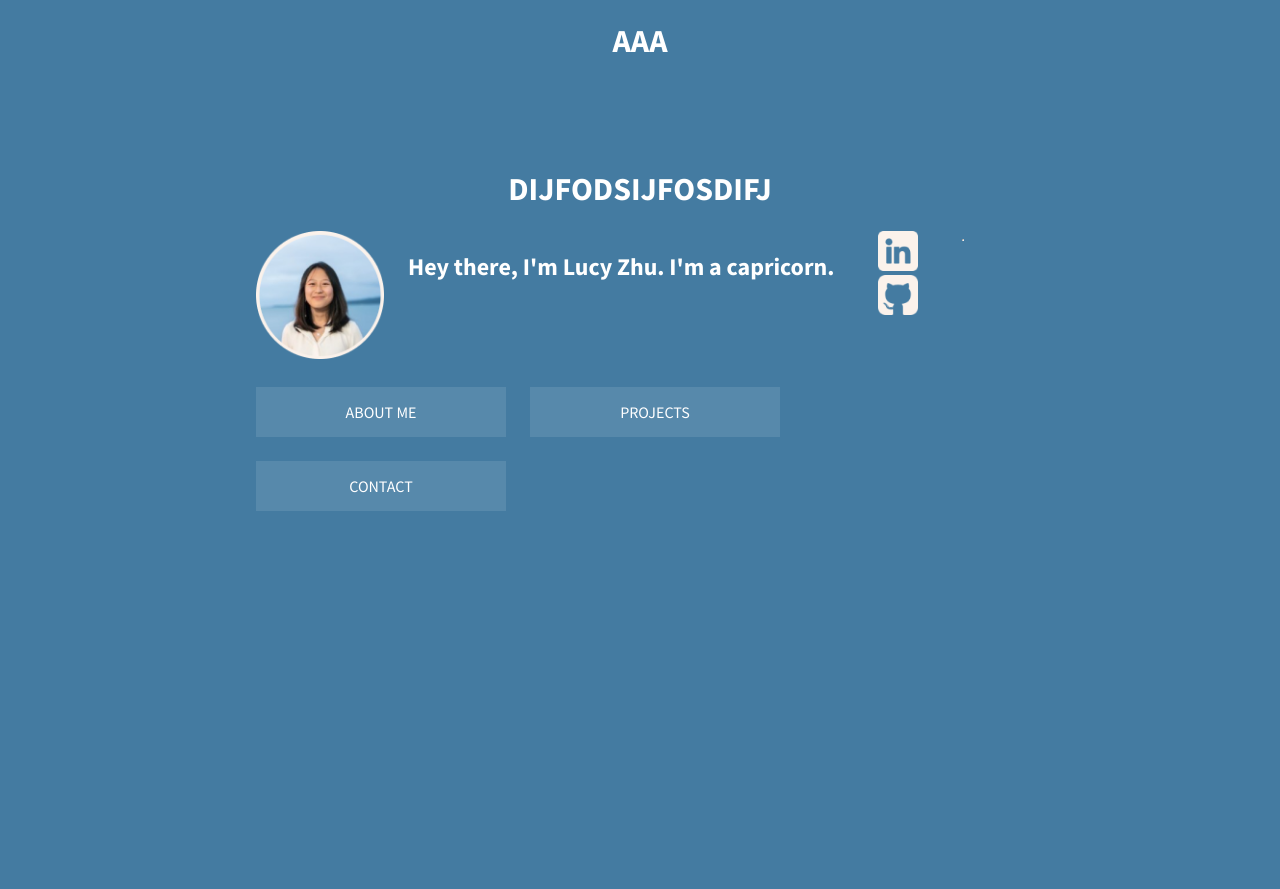
Repository: lukisoo/lukisoo-portfolio
Page: /
These files come from the project's save history. The page is drawn as it stood at one moment and after the next save; the edit follows.
The browser window is 1280 px wide. The pictures show the whole page.
The project was rebuilt for these pictures with package versions that can differ from the ones it lists, and the page was loaded fresh each time.

Above is the page before, as saved 2022-07-31 05:14:00.

### public/index.html
<!DOCTYPE html>
<html lang="en">
  <head>
    <meta charset="utf-8" />
    <link rel="icon" href="%PUBLIC_URL%/favicon.ico" />
    <meta name="viewport" content="width=device-width, initial-scale=1" />
    <meta name="theme-color" content="#000000" />
    <meta
      name="description"
      content="Web site created using create-react-app"
    />
    <link rel="apple-touch-icon" href="%PUBLIC_URL%/logo192.png" />
    <!--
      manifest.json provides metadata used when your web app is installed on a
      user's mobile device or desktop. See https://developers.google.com/web/fundamentals/web-app-manifest/
    -->
    <link rel="manifest" href="%PUBLIC_URL%/manifest.json" />
    <!--
      Notice the use of %PUBLIC_URL% in the tags above.
      It will be replaced with the URL of the `public` folder during the build.
      Only files inside the `public` folder can be referenced from the HTML.

      Unlike "/favicon.ico" or "favicon.ico", "%PUBLIC_URL%/favicon.ico" will
      work correctly both with client-side routing and a non-root public URL.
      Learn how to configure a non-root public URL by running `npm run build`.
    -->
    <title>Lucy Zhu's Portfolio</title>
  </head>
  <body>
    <noscript>You need to enable JavaScript to run this app.</noscript>
    <div id="root"></div>
    <!--
      This HTML file is a template.
      If you open it directly in the browser, you will see an empty page.

      You can add webfonts, meta tags, or analytics to this file.
      The build step will place the bundled scripts into the <body> tag.

      To begin the development, run `npm start` or `yarn start`.
      To create a production bundle, use `npm run build` or `yarn build`.
    -->
  </body>
</html>

### src/index.js
import React from "react";
import {
  BrowserRouter as Router,
  Route,
  BrowserRouter,
} from "react-router-dom";
import ReactDOM from "react-dom/client";
import "./index.css";
import App from "./App";
import reportWebVitals from "./reportWebVitals";

const root = ReactDOM.createRoot(document.getElementById("root"));
root.render(
  <React.StrictMode>
    <BrowserRouter>
        <App />
    </BrowserRouter>
  </React.StrictMode>
);

// If you want to start measuring performance in your app, pass a function
// to log results (for example: reportWebVitals(console.log))
// or send to an analytics endpoint. Learn more: https://bit.ly/CRA-vitals
reportWebVitals();

### src/index.css
@import url('https://fonts.googleapis.com/css2?family=Source+Sans+Pro:ital,wght@0,200;0,300;0,400;0,600;0,700;0,900;1,200;1,300;1,400;1,600;1,700;1,900&display=swap');

body {
  margin: 0;
  font-family: -apple-system, BlinkMacSystemFont, 'Segoe UI', 'Roboto', 'Oxygen',
    'Ubuntu', 'Cantarell', 'Fira Sans', 'Droid Sans', 'Helvetica Neue',
    sans-serif;
  -webkit-font-smoothing: antialiased;
  -moz-osx-font-smoothing: grayscale;
  background-color: #447BA1;
  color: white;
  font-family: 'Source Sans Pro', sans-serif;
}

code {
  font-family: source-code-pro, Menlo, Monaco, Consolas, 'Courier New',
    monospace;
}

### src/App.js
import "./App.css";

import { Link } from "react-router-dom";
import Grid from "@mui/material/Grid";

import ProfilePhoto from "./images/header/profile-photo.png";
import LinkedinLogo from "./images/header/linkedin-logo.png";
import GithubLogo from "./images/header/github-logo.png";

function App() {
  return (
    <div className="App">
    <h1>AAA</h1>
      <header className="full-section">
        <div className="section-content">
        <h1>DIJFODSIJFOSDIFJ</h1>
          <Grid container spacing={3}>
            <Grid item xs={12} md={12}>
              <img
                src={ProfilePhoto}
                className="profile-photo"
                alt="Profile Photo"
              />
            </Grid>
            <Grid item xs={12} md={12}>
              <h2>Hey there, I'm Lucy Zhu. I'm a capricorn.</h2>
            </Grid>
            <Grid item xs={12} md={12}>
              <Link to="https://www.linkedin.com/in/lucyzhu613/">
                {" "}
                <img
                  src={LinkedinLogo}
                  className="social-logo"
                  alt="Linkedin Logo"
                />
              </Link>
              <Link to="https://github.com/lukisoo">
                <img
                  src={GithubLogo}
                  className="social-logo"
                  alt="Github Logo"
                />
              </Link>
            </Grid>
            <Grid item xs={12} md={12}>
              <hr className="header-divider" />
            </Grid>
            <Grid item xs={12} md={4}>
              <div className="box-1">
                <div className="btn btn-one">
                  <span>ABOUT ME</span>
                </div>
              </div>
            </Grid>
            <Grid item xs={12} md={4}>
              <div className="box-1">
                <div className="btn btn-one">
                  <span>PROJECTS</span>
                </div>
              </div>
            </Grid>
            <Grid item xs={12} md={4}>
              <div className="box-1">
                <div className="btn btn-one">
                  <span>CONTACT</span>
                </div>
              </div>
            </Grid>
          </Grid>
        </div>
      </header>

      <section id="about-me-section"></section>

      <section id="projects-section"></section>

      <section id="contact-section"></section>
    </div>
  );
}

export default App;

### src/App.css
.App {
  text-align: center;
  margin: 0;
}

/* Section Content */
.full-section {
  height: 100vh;
  width: 100vw;
}

.section-content {
  width: 60vw;
  height: 70vh;
  margin: auto;
  margin-top: 15vh;
  /* background-color: red; */
}

/* Buttons */
.box-1 {
  /* background-color: hsl(0, 100%, 70%);  */
  width: 250px;
  margin: auto;
}

.btn {
	line-height: 50px;
	height: 50px;
	text-align: center;
	width: 250px;
	cursor: pointer;
}

.btn-one {
	color: #FFF;
	transition: all 0.3s;
	position: relative;
}
.btn-one span {
	transition: all 0.3s;
}
.btn-one::before {
	content: '';
	position: absolute;
	bottom: 0;
	left: 0;
	width: 100%;
	height: 100%;
	z-index: 1;
	opacity: 0;
	transition: all 0.3s;
	border-top-width: 1px;
	border-bottom-width: 1px;
	border-top-style: solid;
	border-bottom-style: solid;
	border-top-color: rgba(255,255,255,0.5);
	border-bottom-color: rgba(255,255,255,0.5);
	transform: scale(0.1, 1);
}
.btn-one:hover span {
	letter-spacing: 2px;
}
.btn-one:hover::before {
	opacity: 1;
	transform: scale(1, 1);
}
.btn-one::after {
	content: '';
	position: absolute;
	bottom: 0;
	left: 0;
	width: 100%;
	height: 100%;
	z-index: 1;
	transition: all 0.3s;
	background-color: rgba(255,255,255,0.1);
}
.btn-one:hover::after {
	opacity: 0;
	transform: scale(0.1, 1);
}

/* Header CSS */
.header-divider {
  color: white;
}

.profile-photo {
  width: 10vw;
  height: auto;
}

.social-logo {
  width: 40px;
  height: auto;
  padding: 0 1% 0 1%;
}

.social-logo:hover {
  opacity: 0.8;
  cursor: pointer;
}

Loaded but not shown: src/reportWebVitals.js (common file)

After the next save:
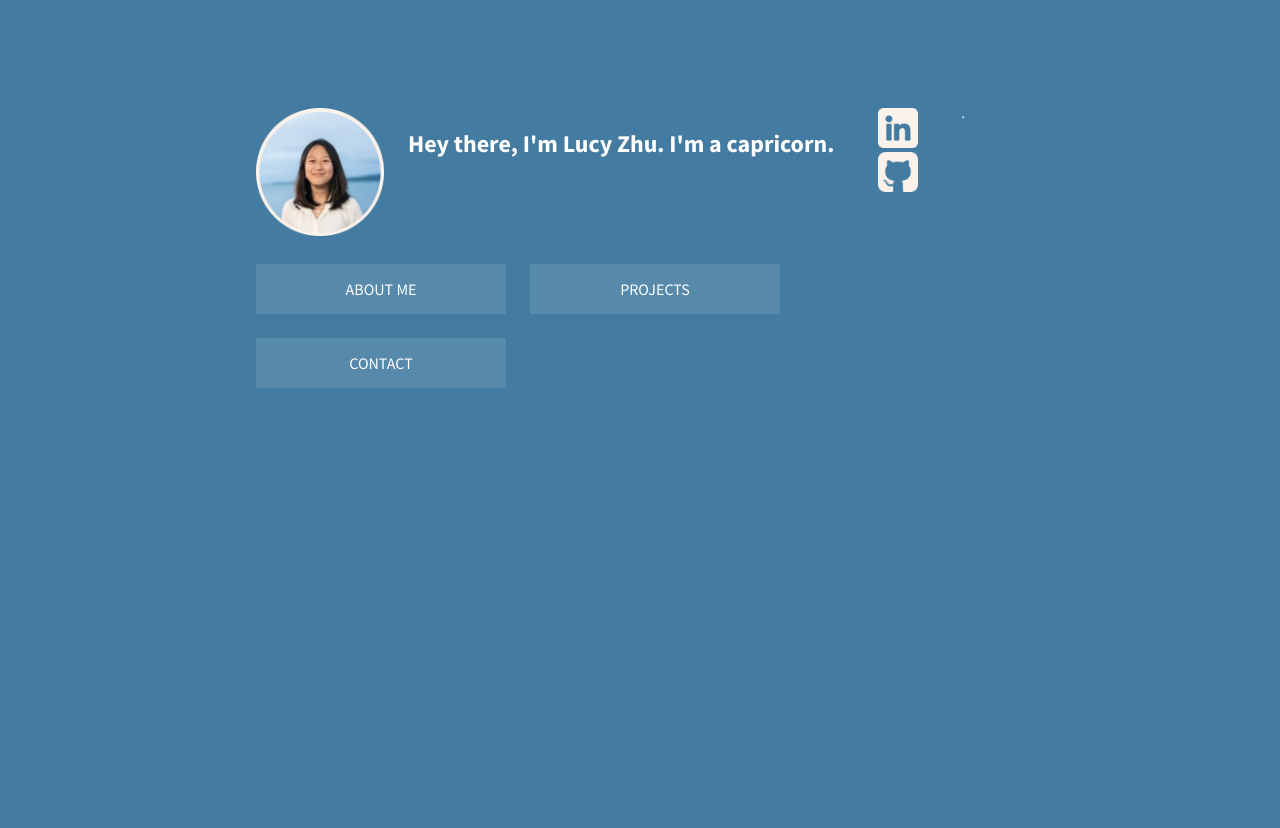
Saved 15 s later.
--- a/src/App.js
+++ b/src/App.js
@@ -10,10 +10,8 @@ import GithubLogo from "./images/header/github-logo.png";
 function App() {
   return (
     <div className="App">
-    <h1>AAA</h1>
       <header className="full-section">
         <div className="section-content">
-        <h1>DIJFODSIJFOSDIFJ</h1>
           <Grid container spacing={3}>
             <Grid item xs={12} md={12}>
               <img
